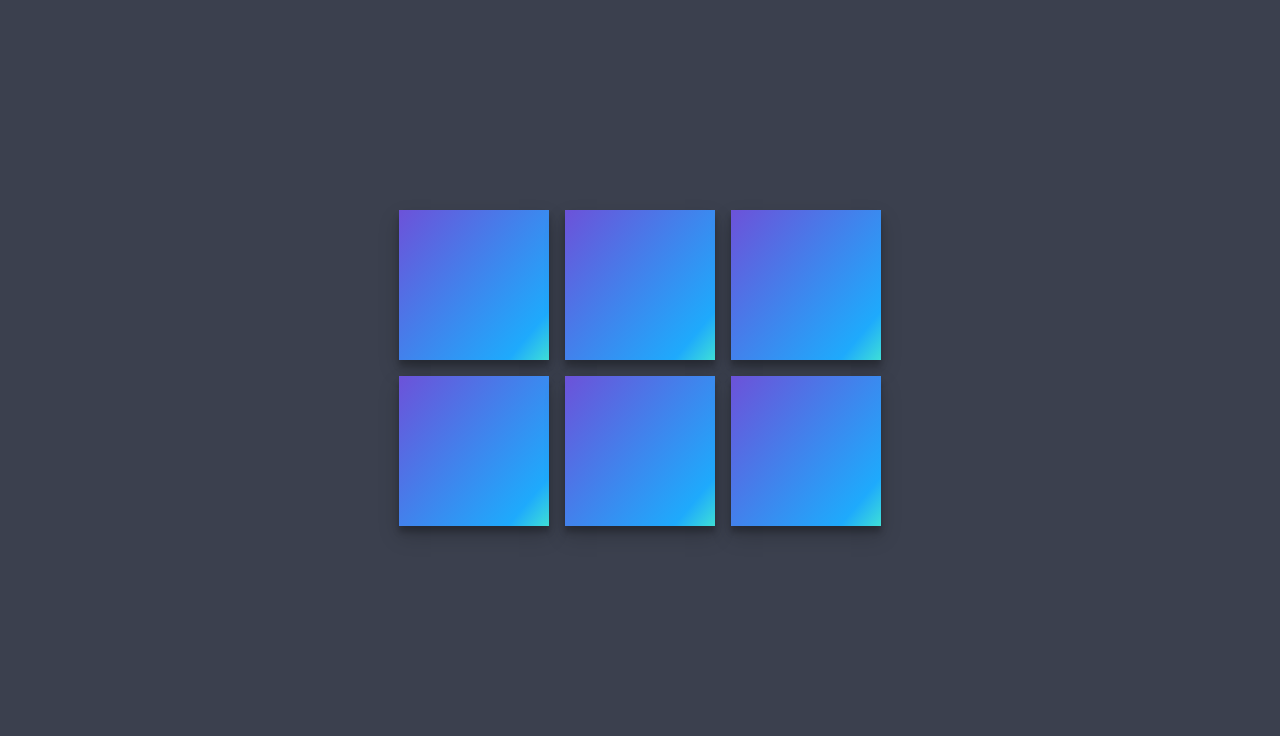
Repository: mariocapitbrok/css-grid
Page: index.html
An editor plug-in stored every save of this project. The page is shown before and after the next save, followed by the edit.
The browser window is 1280 px wide. The pictures show the whole page.

Above is the page before, as saved 2022-12-29 13:21:16.

### index.html
<!DOCTYPE html>
<html lang="en">
<head>
  <meta charset="UTF-8">
  <meta http-equiv="X-UA-Compatible" content="IE=edge">
  <meta name="viewport" content="width=device-width, initial-scale=1.0">
  <link rel="stylesheet" href="styles.css">
  <title>Grid and Flexbox</title>
</head>
<body>
  <div class="container">
    <div class="item item1"></div>
    <div class="item item2"></div>
    <div class="item item3"></div>
    <div class="item item4"></div>
    <div class="item item5"></div>
    <div class="item item6"></div>
  </div>
</body>
</html>

### styles.css
body {
  background-color: #3b404e;
  height: 100vh;
  display: flex;
  justify-content: center;
  align-items: center;
}

.container {
  display: grid;
  grid-template-columns: 150px 150px 150px;
  grid-template-rows: 150px 150px;
  grid-gap: 1rem;
}

.item {
  background-color: #1EAAFC;
  background-image: linear-gradient(130deg, #6C52D9 0%, #1EAAFC 85%, #3EDFD7 100%);
  box-shadow: 0 10px 20px rgba(0, 0, 0, 0.188), 0 6px 6px rgba(0, 0, 0, 0.231);
}

After the next save:
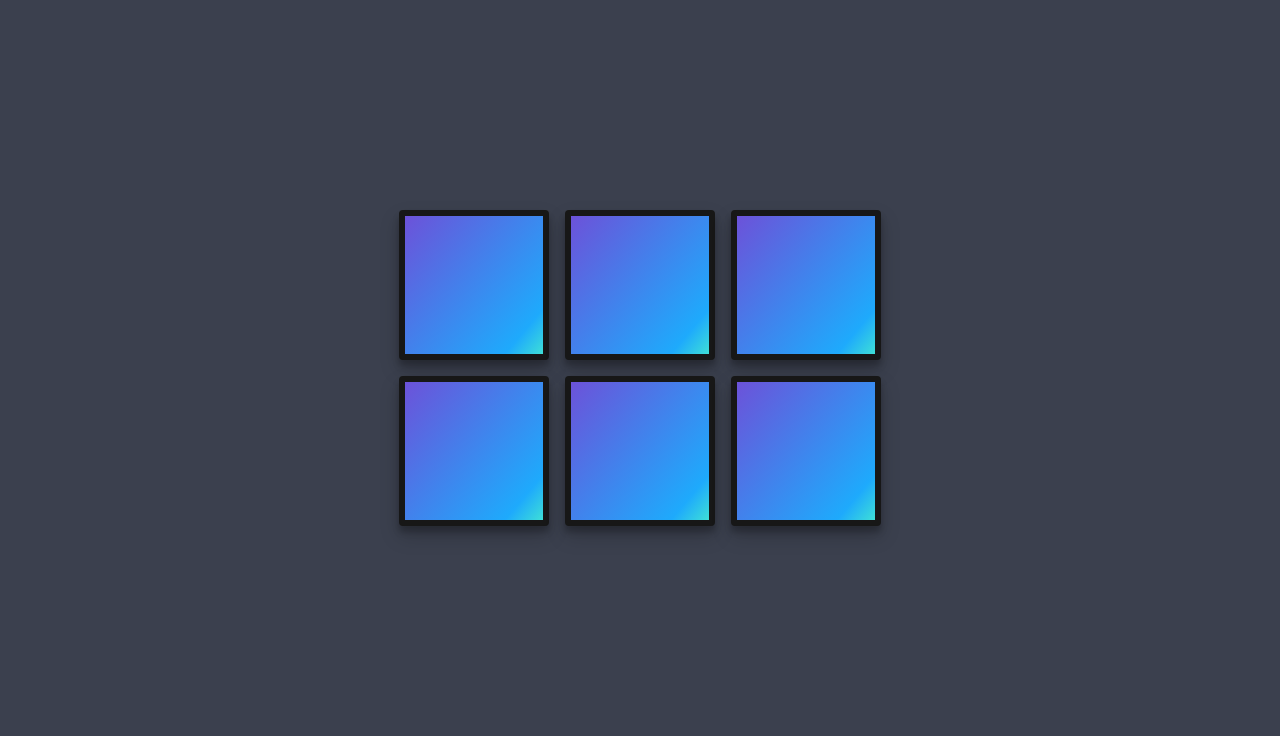
Saved 97 s later.
--- a/styles.css
+++ b/styles.css
@@ -17,4 +17,7 @@ body {
   background-color: #1EAAFC;
   background-image: linear-gradient(130deg, #6C52D9 0%, #1EAAFC 85%, #3EDFD7 100%);
   box-shadow: 0 10px 20px rgba(0, 0, 0, 0.188), 0 6px 6px rgba(0, 0, 0, 0.231);
+  color: #fff;
+  border-radius: 4px;
+  border: 6px solid #171717
 }
